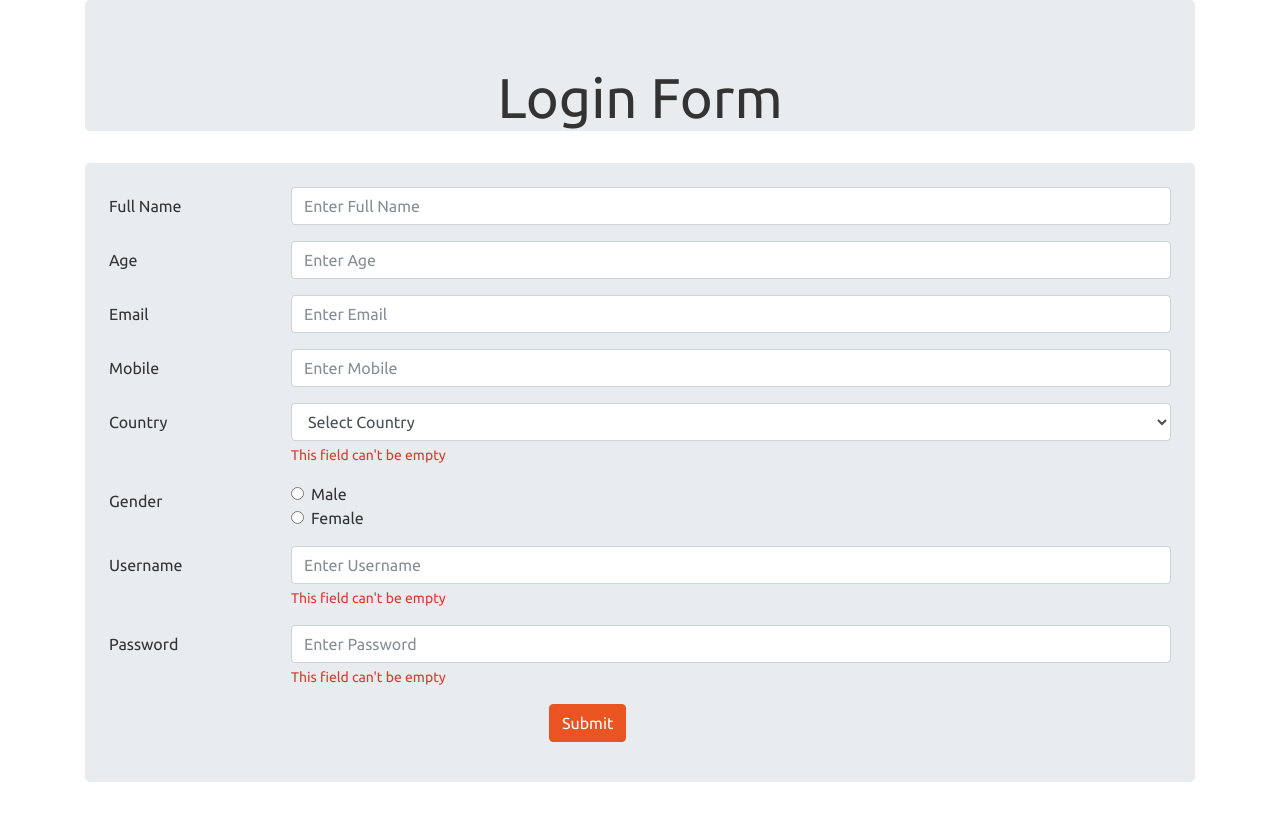
Repository: amar468S/Ng-templateDrivenForm
Page: /
The author's editor kept a copy of each file at every save. The page is drawn from the files as they stood at one save, then again after the next save.
The browser window is 1280 px wide. The pictures show the whole page.
Some web libraries are served in a nearby version. The project was rebuilt for these pictures with package versions that can differ from the ones it lists, and the page was loaded fresh each time. Also part of the build but not shown: angular.json.

Above is the page before, as saved 2019-02-03 16:40:27.

After the next save:
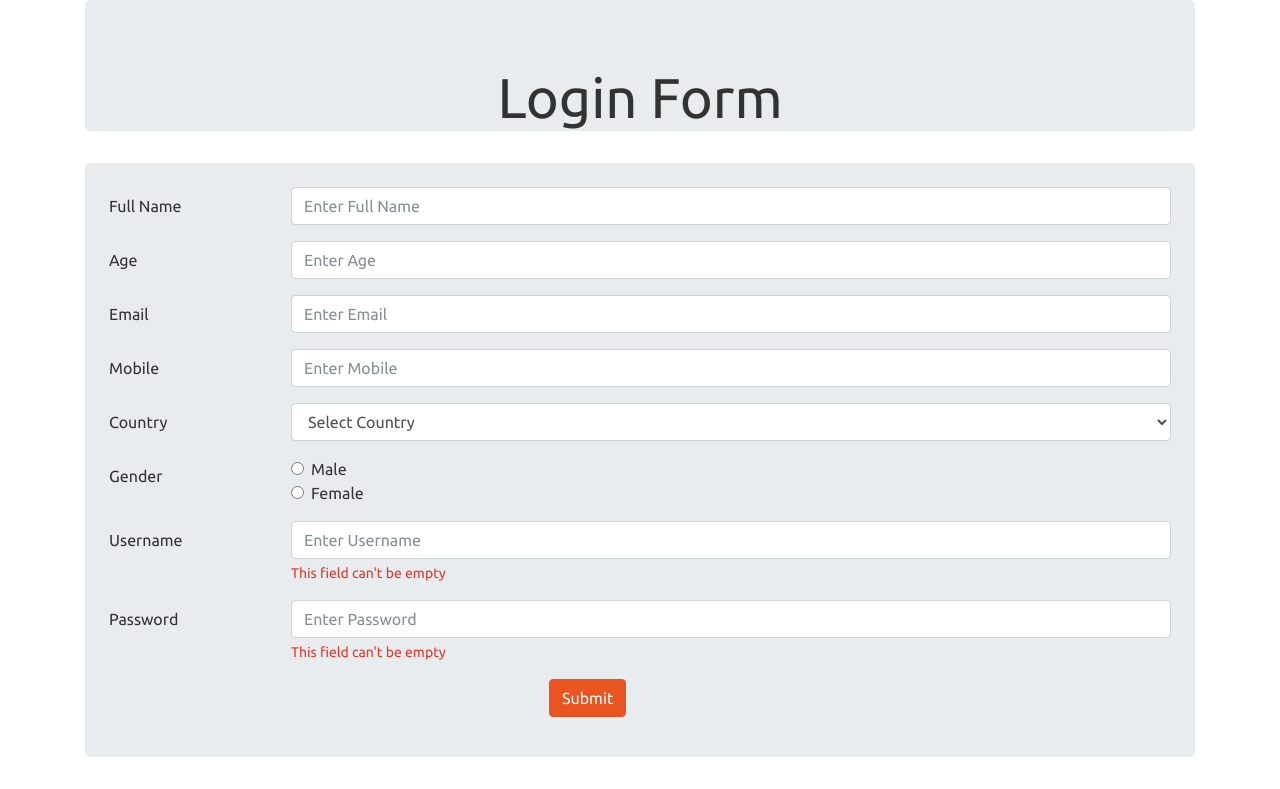
Saved 14 s later.
--- a/src/app/app.component.html
+++ b/src/app/app.component.html
@@ -47,7 +47,7 @@
               <option value="Bangladesh">Bangladesh</option>
               <option value="Nepal">Nepal</option>
             </select>
-            <small class="form-text text-danger" *ngIf="country">This field can't be empty</small>
+            <small class="form-text text-danger" *ngIf="country.dirty && country.invalid">This field can't be empty</small>
           </div>
       </div>
       <div class="form-group row">
